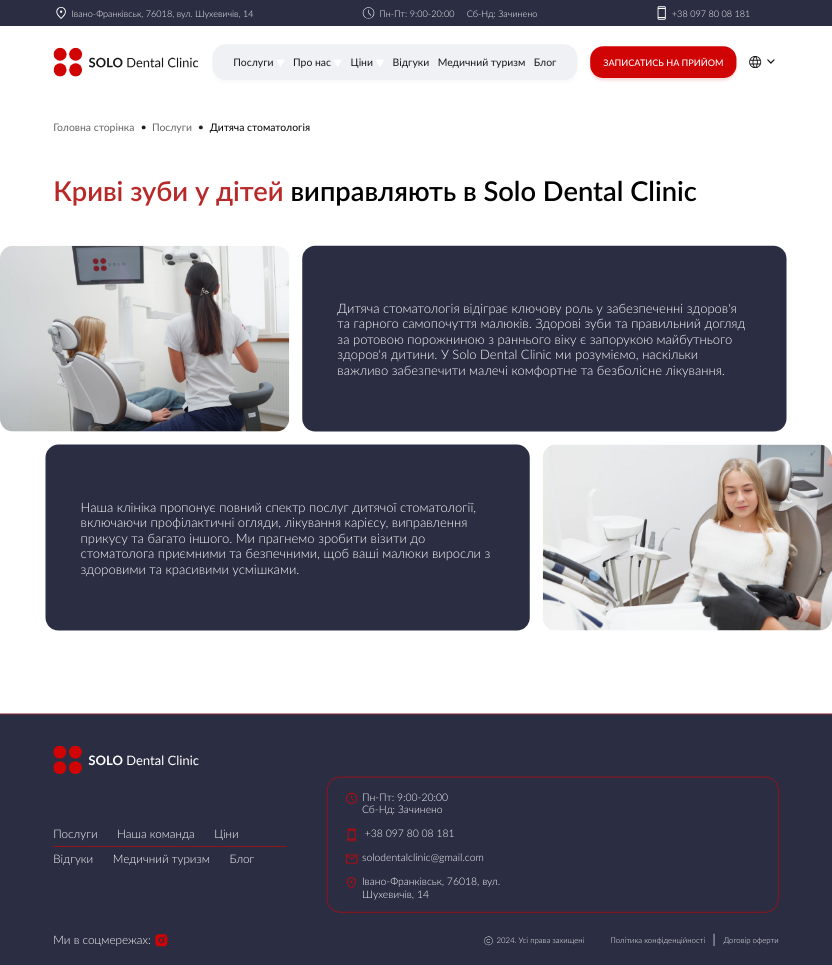
Repository: TarasDutchak/dental-clinic
Page: pediatric-dentistry.html
These files come from the project's save history. The page is drawn as it stood at one moment and after the next save; the edit follows.
The browser window is 1280 px wide. The pictures show the whole page, at 65% of full size.
Pictures or frames that could not be fetched are drawn as grey boxes.

Above is the page before, as saved 2024-12-31 08:03:25.

After the next save:
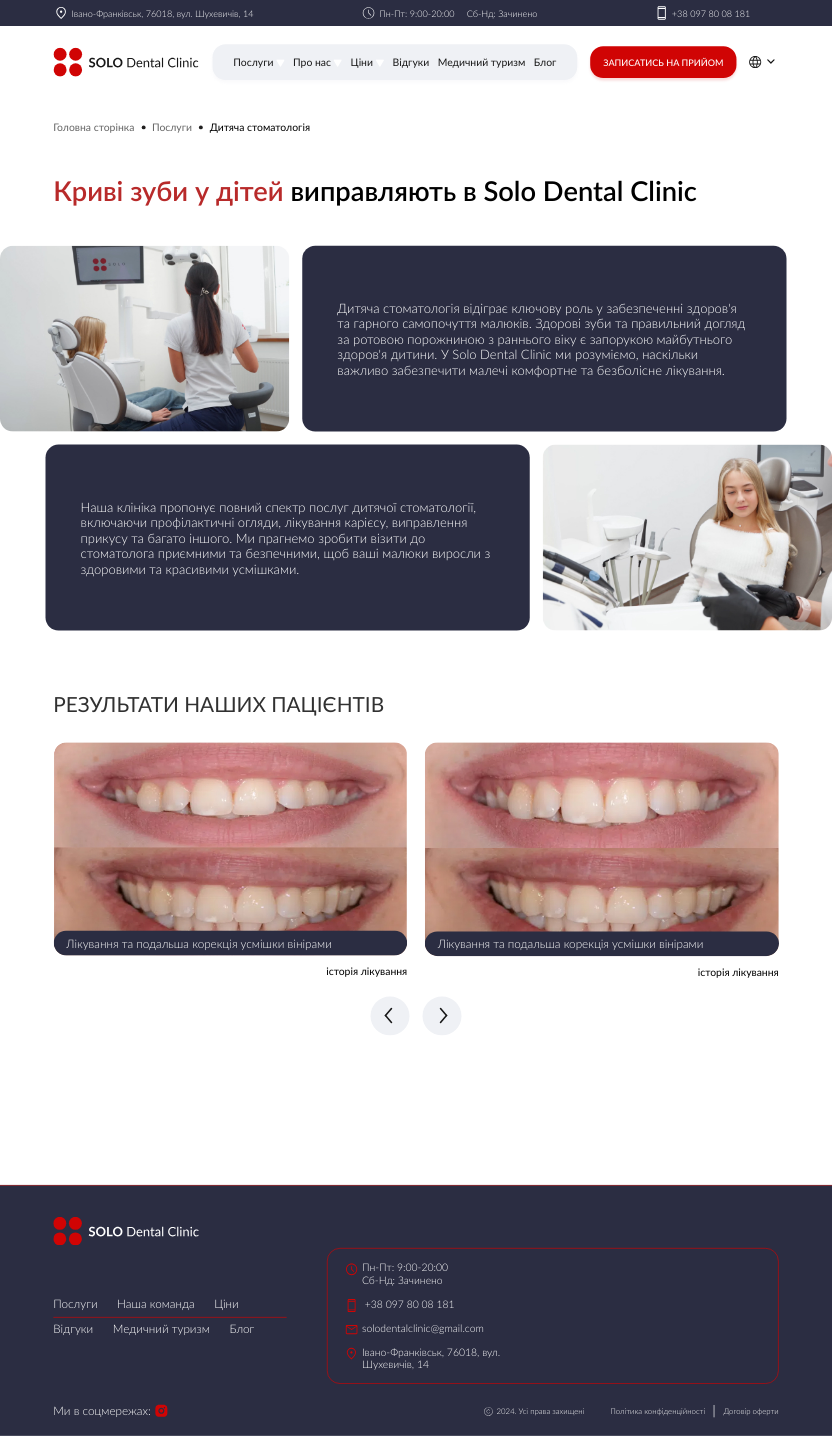
Saved 58 s later.
--- a/pediatric-dentistry.html
+++ b/pediatric-dentistry.html
@@ -211,8 +211,64 @@
             </div>
         </section>
 
-
-
+        <section class="result">
+            <div class="container">
+                <h2>Результати наших пацієнтів</h2>
+                <div class="swiper resultslider">
+                    <div class="swiper-wrapper">
+                        <div class="swiper-slide">
+                            <div class="slidewrapper">
+                                <a href="#" class="imgwrap">
+                                    <img src="img/main/result1.jpg" alt="img">
+                                    <p>
+                                        Лікування та подальша корекція усмішки вінірами
+                                    </p>
+                                </a>
+                                <p class="text-end">
+                                    <a href="#">історія лікування</a>
+                                </p>
+                            </div>
+                        </div>
+                        <div class="swiper-slide">
+                            <div class="slidewrapper">
+                                <a href="#" class="imgwrap">
+                                    <img src="img/main/result2.jpg" alt="img">
+                                    <p>
+                                        Лікування та подальша корекція усмішки вінірами
+                                    </p>
+                                </a>
+                                <p class="text-end">
+                                    <a href="#">історія лікування</a>
+                                </p>
+                            </div>
+                        </div>
+                        <div class="swiper-slide">
+                            <div class="slidewrapper">
+                                <a href="#" class="imgwrap">
+                                    <img src="img/main/result1.jpg" alt="img">
+                                    <p>
+                                        Лікування та подальша корекція усмішки вінірами
+                                    </p>
+                                </a>
+                                <p class="text-end">
+                                    <a href="#">історія лікування</a>
+                                </p>
+                            </div>
+                        </div>
+                    </div>
+                    <div class="swiper-button-next">
+                        <img src="img/general/slider-right.svg" alt="next">
+                    </div>
+                    <div class="swiper-button-prev">
+                        <img src="img/general/slider-left.svg" alt="prev">
+                    </div>
+                </div>
+            </div>
+        </section>
+
+        <section class="insect1">
+
+        </section>
 
     </main>
 
